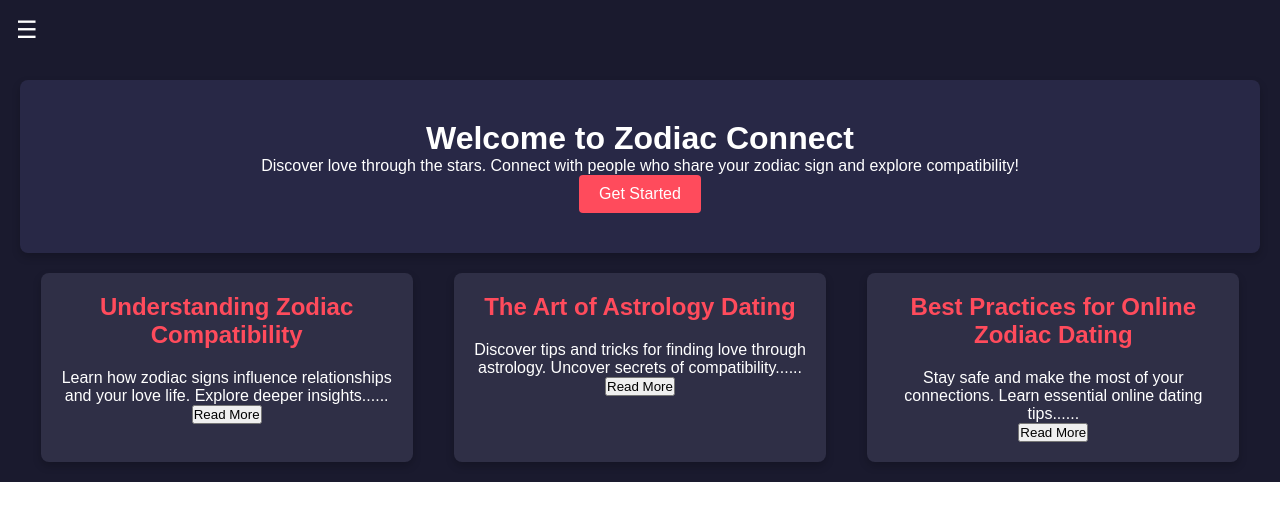
Repository: prachi-d-2/zodiac
Page: / (app in client/)
The author's editor kept a copy of each file at every save. The page is drawn from the files as they stood at one save, then again after the next save.
The browser window is 1280 px wide. The pictures show the whole page.
The project was rebuilt for these pictures with package versions that can differ from the ones it lists, and the page was loaded fresh each time. Also part of the build but not shown: client/src/data/articles.js, client/src/services/authService.js, client/src/components/LoginRegister.css, client/src/components/LoginRegister.js, client/src/components/Forum.js, client/src/components/Profile.css, client/src/components/Profile.js, client/src/components/Horoscope.js and 4 more.

Above is the page before, as saved 2024-11-28 04:21:12.

After the next save:
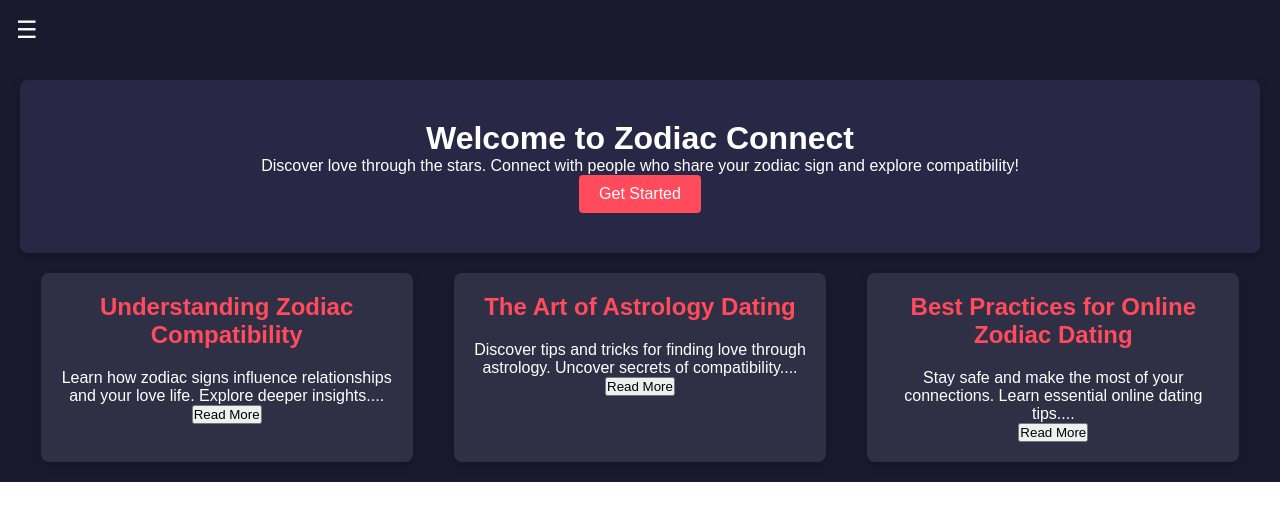
Saved 77 s later.
--- a/client/src/components/Home.js
+++ b/client/src/components/Home.js
@@ -14,17 +14,17 @@ function Home() {
         {
           id: 1,
           title: 'Understanding Zodiac Compatibility',
-          content: '<p>Learn how zodiac signs influence relationships and your love life. Explore deeper insights...</p>',
+          content: '<p>Learn how zodiac signs influence relationships and your love life. Explore deeper insights.</p>',
         },
         {
           id: 2,
           title: 'The Art of Astrology Dating',
-          content: '<p>Discover tips and tricks for finding love through astrology. Uncover secrets of compatibility...</p>',
+          content: '<p>Discover tips and tricks for finding love through astrology. Uncover secrets of compatibility.</p>',
         },
         {
           id: 3,
           title: 'Best Practices for Online Zodiac Dating',
-          content: '<p>Stay safe and make the most of your connections. Learn essential online dating tips...</p>',
+          content: '<p>Stay safe and make the most of your connections. Learn essential online dating tips.</p>',
         },
       ];
       setArticles(mockArticles);
